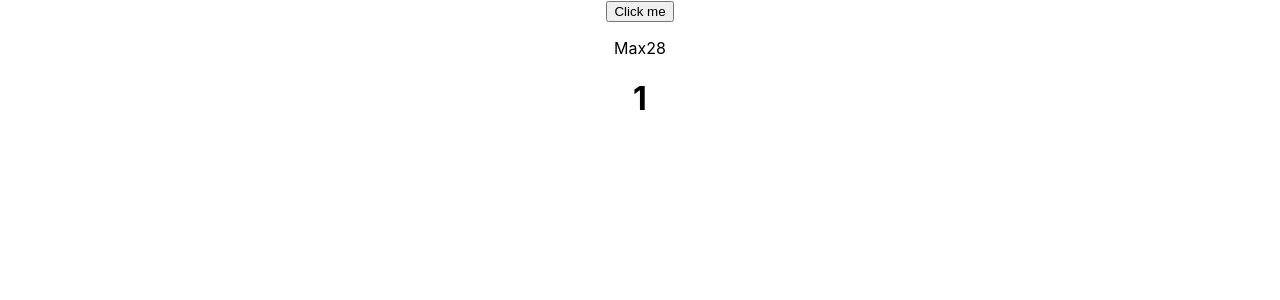
Repository: vikas-swami/heroku-deploy
Page: /
The author's editor kept a copy of each file at every save. The page is drawn from the files as they stood at one save, then again after a run of saves.
The browser window is 1280 px wide. The pictures show the whole page.
The project was rebuilt for these pictures with package versions that can differ from the ones it lists, and the page was loaded fresh each time.

Above is the page before, as saved 2020-05-05 23:39:00.

After the next 5 saves:
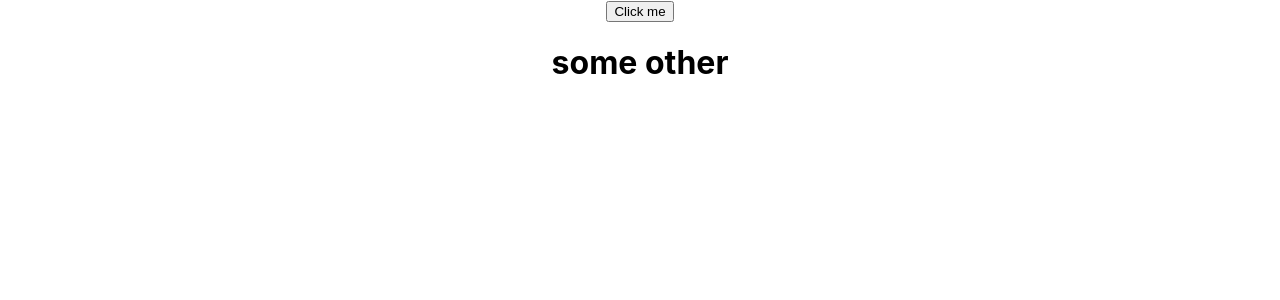
The 5 saves are shown as one change because 4 did not build or start.
The last was saved 52 min 10 s later.
--- a/src/App.js
+++ b/src/App.js
@@ -1,30 +1,32 @@
-import React, { Component } from 'react';
+import React, { useState } from 'react';
 import logo from './logo.svg';
 import './App.css';
 import Card from './UI/Card';
-class App extends Component {
-  state = {
-    person: [
-      { name: 'Max', age: 28}
-    ],
-    counter: 1
-  }
+const App = props =>   {
+  const [personState, setOtherstate] = useState('some other');
 
-   counterHandler = () =>{
-       this.setState({counter: this.state.counter + 1})
+  // state = {
+  //   person: [
+  //     { name: 'Max', age: 28}
+  //   ],
+  //   counter: 1
+  // }
+
+   const counterHandler = () =>{
+       personState('new')
      }
-  render(){
+  // render(){
     return (
       <div className="App">
-        <button onClick={this.counterHandler}>Click me</button>
-        <Card name={this.state.person[0].name} age={this.state.person[0].age}   >
+        <button onClick={counterHandler}>Click me</button>
+        {/* <Card name={this.state.person[0].name} age={this.state.person[0].age}   > */}
           <h1>
-            {this.state.counter}
+            {personState}
           </h1>
-        </Card>
+        {/* </Card> */}
       </div>
     );
   }
-}
+// }
 
 export default App;

After the save that followed:
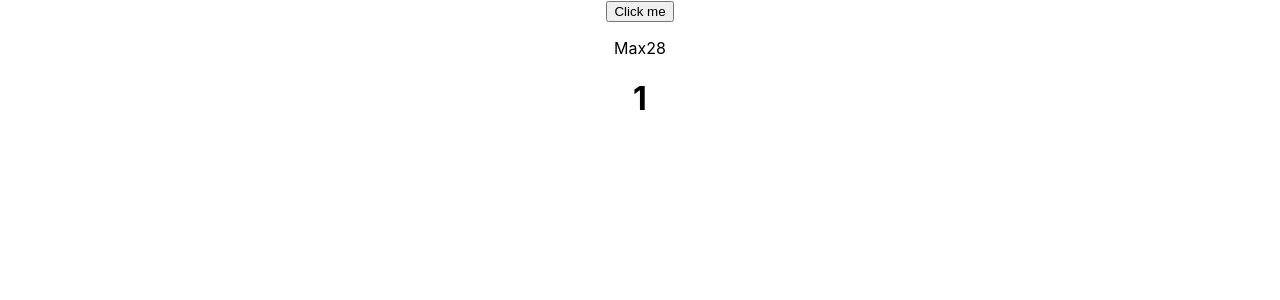
Saved 92 s later.
--- a/src/App.js
+++ b/src/App.js
@@ -1,32 +1,30 @@
-import React, { useState } from 'react';
+import React, { Component } from 'react';
 import logo from './logo.svg';
 import './App.css';
 import Card from './UI/Card';
-const App = props =>   {
-  const [personState, setOtherstate] = useState('some other');
+class App extends Component {
+  state = {
+    person: [
+      { name: 'Max', age: 28}
+    ],
+    counter: 1
+  }
 
-  // state = {
-  //   person: [
-  //     { name: 'Max', age: 28}
-  //   ],
-  //   counter: 1
-  // }
-
-   const counterHandler = () =>{
-       personState('new')
+   counterHandler = () =>{
+       this.setState({counter: this.state.counter + 1})
      }
-  // render(){
+  render(){
     return (
       <div className="App">
-        <button onClick={counterHandler}>Click me</button>
-        {/* <Card name={this.state.person[0].name} age={this.state.person[0].age}   > */}
+        <button onClick={this.counterHandler}>Click me</button>
+        <Card name={this.state.person[0].name} age={this.state.person[0].age}   >
           <h1>
-            {personState}
+            {this.state.counter}
           </h1>
-        {/* </Card> */}
+        </Card>
       </div>
     );
   }
-// }
+}
 
 export default App;
